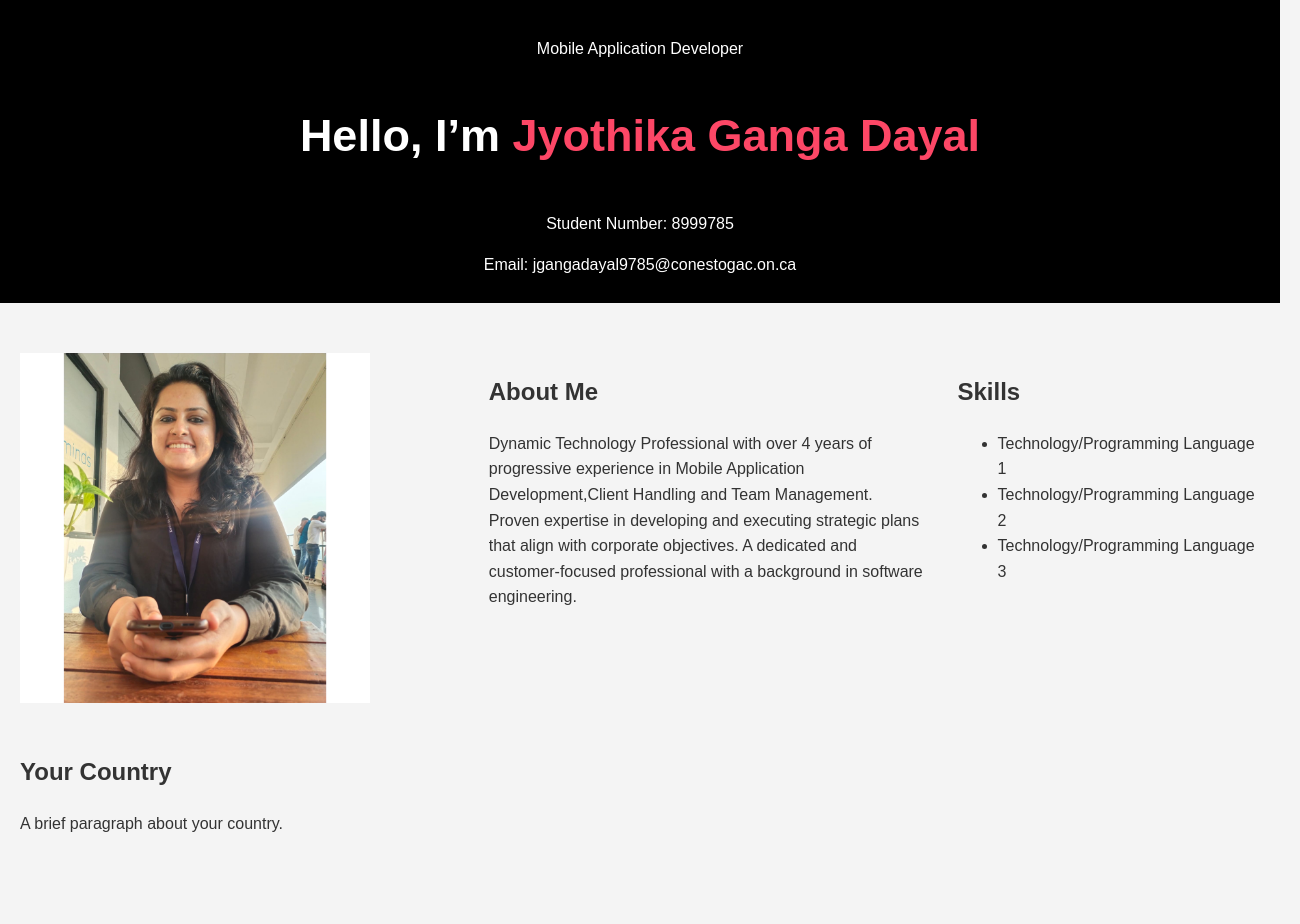
Repository: jyothika123/portfolio
Page: index.html
An editor plug-in stored every save of this project. The page is shown before and after the next save, followed by the edit.
The browser window is 1280 px wide. The page is 1300 px wide, so the pictures cover 1300 px, including what lies to the right of the window. The pictures show the part of the page from y = 0 to 924 px (the page is 1313 px tall).
Pictures or frames that could not be fetched are drawn as grey boxes.

Above is the page before, as saved 2024-09-22 15:53:57.

After the next save:
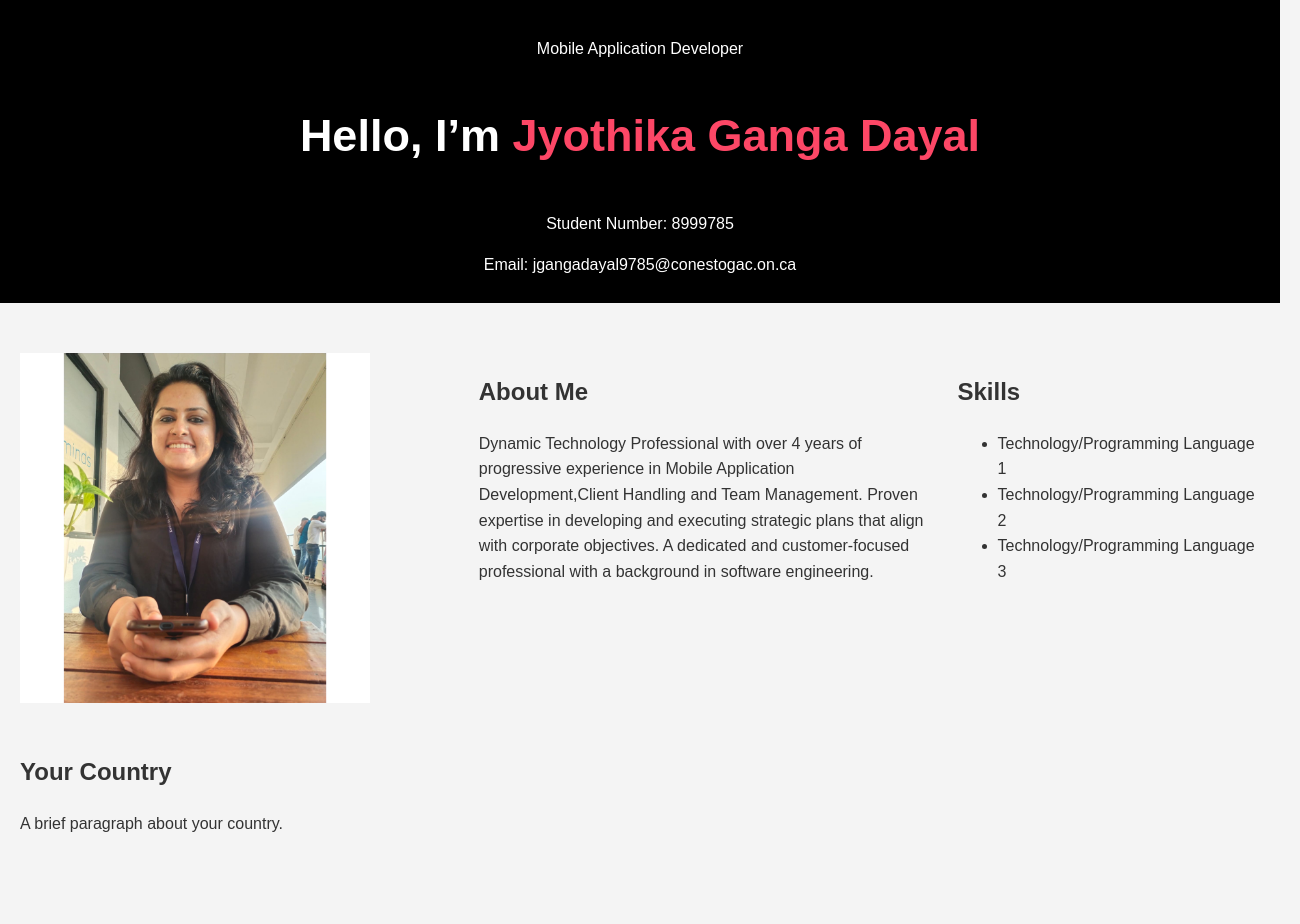
Saved 21 s later.
--- a/css/style.css
+++ b/css/style.css
@@ -25,7 +25,7 @@ main {
 .bio {
     display: grid;
     grid-template-columns: 1fr 1fr;
-    gap:30px;
+    gap:10px;
 }
 
 .country {
